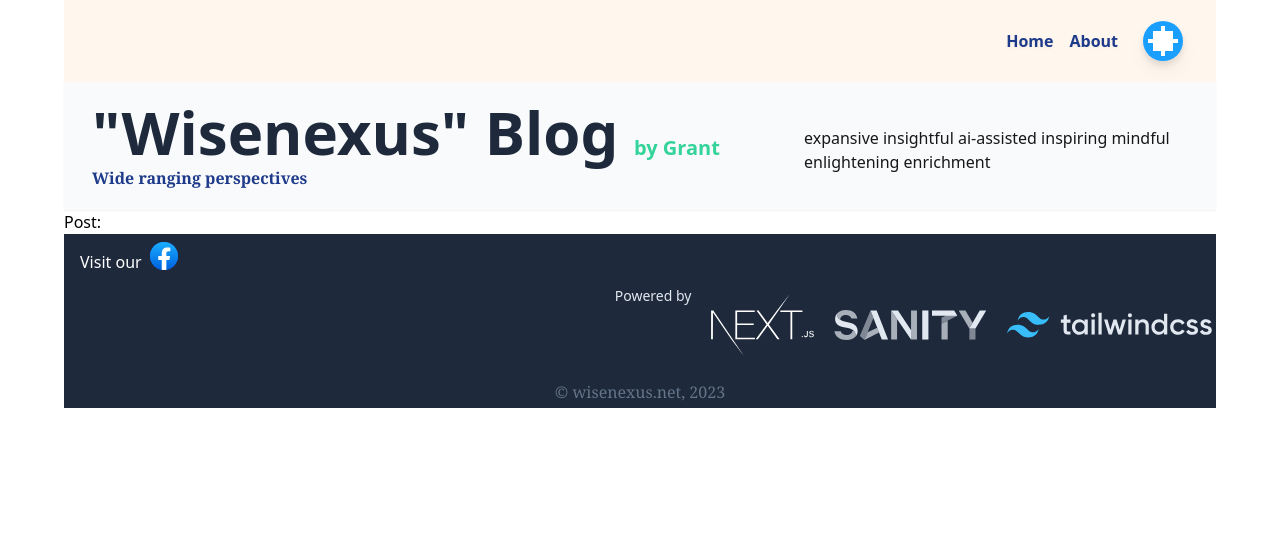
Repository: gpgundersen/sanity3-nextjs13-blog
Page: /post
These files come from the project's save history. The page is drawn as it stood at one moment and after the next save; the edit follows.
The browser window is 1280 px wide. The pictures show the whole page.
The project was rebuilt for these pictures with package versions that can differ from the ones it lists, and the page was loaded fresh each time. The framework's server and built-in components were replaced by stand-ins that run in the browser. Also part of the build but not shown: next.config.js.

Above is the page before, as saved 2023-02-05 20:08:44.

After the next save:
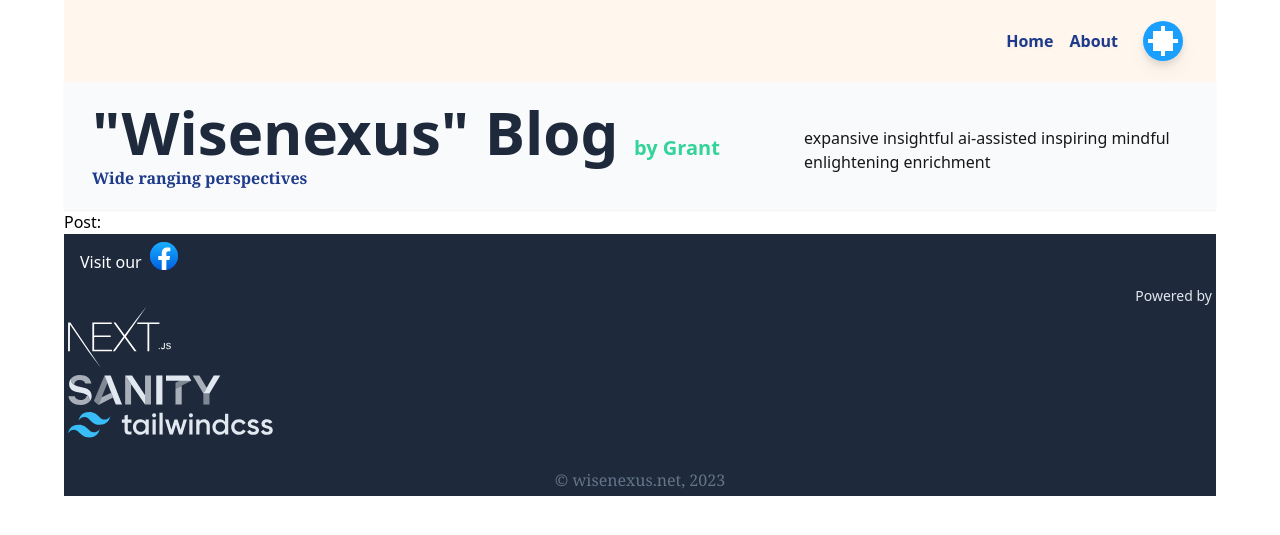
Saved 2 min 28 s later.
--- a/components/Footer.tsx
+++ b/components/Footer.tsx
@@ -10,7 +10,13 @@
             <p className="text-white m-2 font-light">Visit our</p><FbIcon />
         </div>
         <div className="flex flex-wrap justify-end space-x-5 space-y-2 md:flex-row">
-          <p className="text-sm">Powered by</p><NextJsIcon /><SanityIcon /><TailwindIcon /></div>
+
+            <p className="text-sm">Powered by</p></div>
+          <ul>
+            <li><NextJsIcon /></li>
+            <li><SanityIcon /></li>
+            <li><TailwindIcon /></li>
+          </ul>
        <h6 className="font-serif text-slate-500 text-center mt-6">© wisenexus.net, 2023</h6>
       </div>
     </div>
